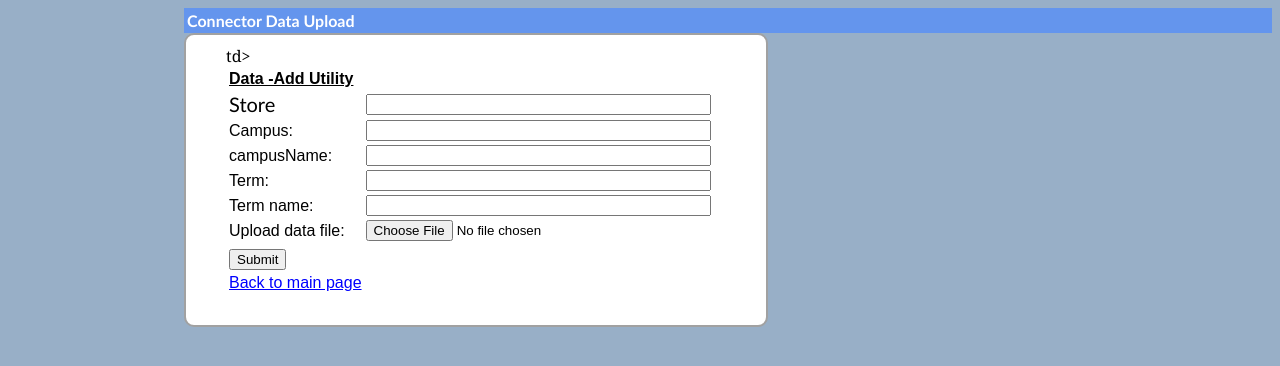
Repository: caditya/Dataupload
Page: http://localhost/connectordata/WEB-INF/views/datainput.jsp
An editor plug-in stored every save of this project. The page is shown before and after the next save, followed by the edit.
The browser window is 1280 px wide. The pictures show the whole page.
Some web libraries are served in a nearby version. The page is served by Tomcat 9. Nobody is signed in. The template is opened directly, without the code that normally fills it, so the values that code supplies are empty.

Above is the page before, as saved 2014-07-21 19:54:22.

After the next save:
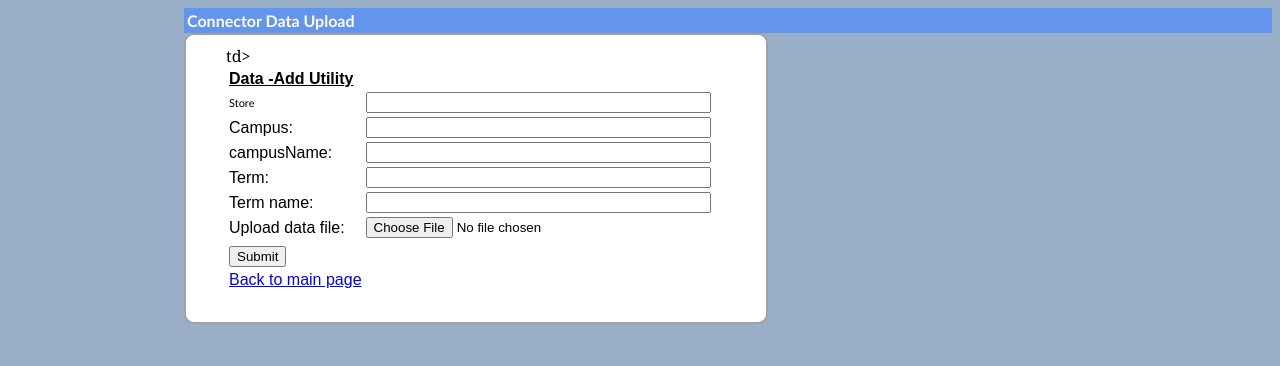
Saved 10 s later.
--- a/QAFileUpload/connectordata/src/main/webapp/WEB-INF/views/datainput.jsp
+++ b/QAFileUpload/connectordata/src/main/webapp/WEB-INF/views/datainput.jsp
@@ -88,7 +88,7 @@ function createstart(){
 
 			</tr>
 			<tr>
-				<td><p style="font-family:calibri;font-size:20px;">Store</p></td>td>
+				<td><p style="font-family:calibri;font-size:11px;">Store</p></td>td>
 				<td> <form:input path="store"  size="40"/></td>
 				<td><form:errors path="store" cssClass="error" /></td>
 			</tr>
